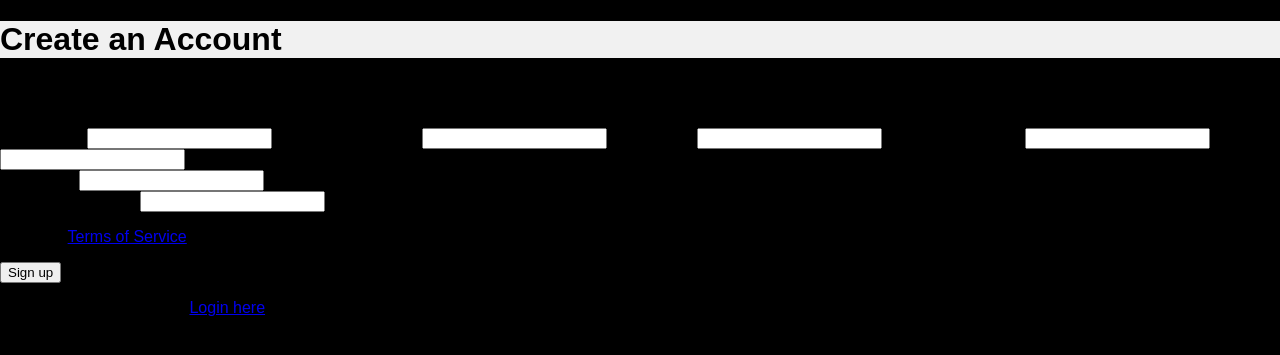
Repository: Lee-Productions-Inc/SNAP_productions
Page: register.html
The author's editor kept a copy of each file at every save. The page is drawn from the files as they stood at one save, then again after the next save.
The browser window is 1280 px wide. The pictures show the whole page.

Above is the page before, as saved 2026-09-16 18:27:58.

After the next save:
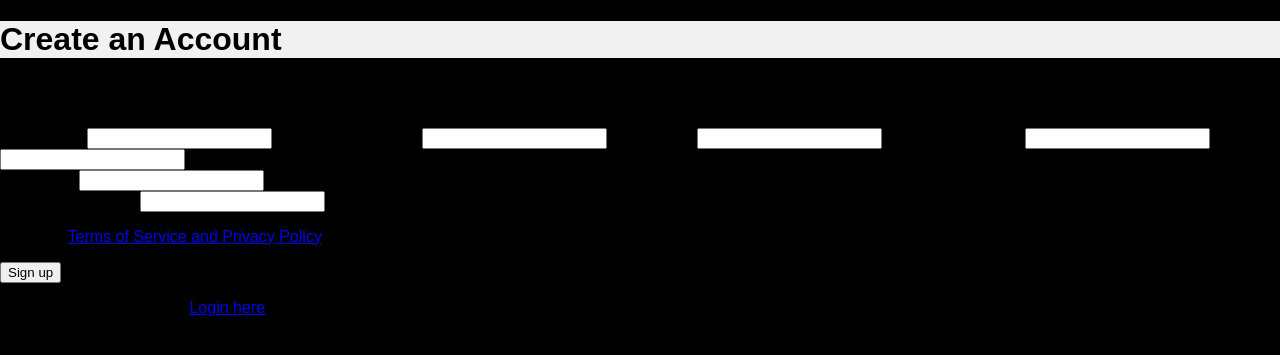
Saved 16 s later.
--- a/register.html
+++ b/register.html
@@ -34,7 +34,7 @@
             <label for="confirm-password">Confirm Password:</label>
             <input type="password" id="confirm-password" name="confirm-password" required>
             <br>
-            <p>I agree to<a href="/terms">Terms of Service</a> and Privacy Policy</a>.</p>
+            <p>I agree to<a href="/terms">Terms of Service and Privacy Policy</a>.</p>
             <button type="submit">Sign up</button>
         </form>
 
